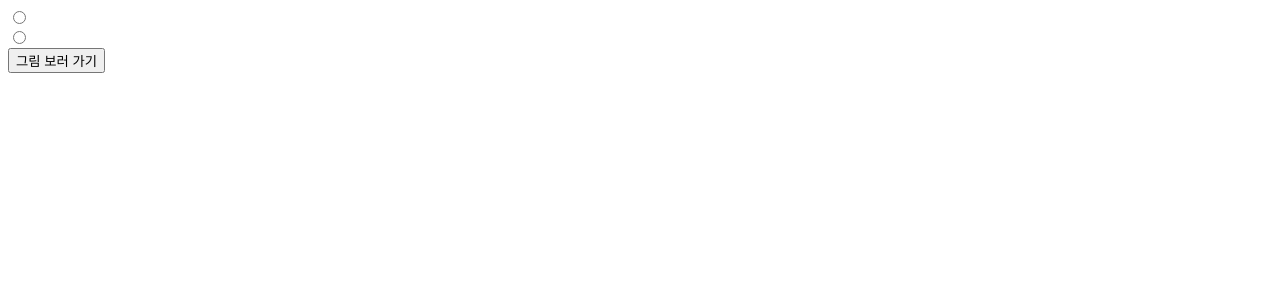
Repository: gowjd4419/jsp
Page: http://localhost/JSPBasic/jspobject/request/req_photo.jsp
The author's editor kept a copy of each file at every save. The page is drawn from the files as they stood at one save, then again after the next save.
The browser window is 1280 px wide. The pictures show the whole page.
The page is served by Tomcat 9.

Above is the page before, as saved 2022-03-25 12:05:11.

After the next save:
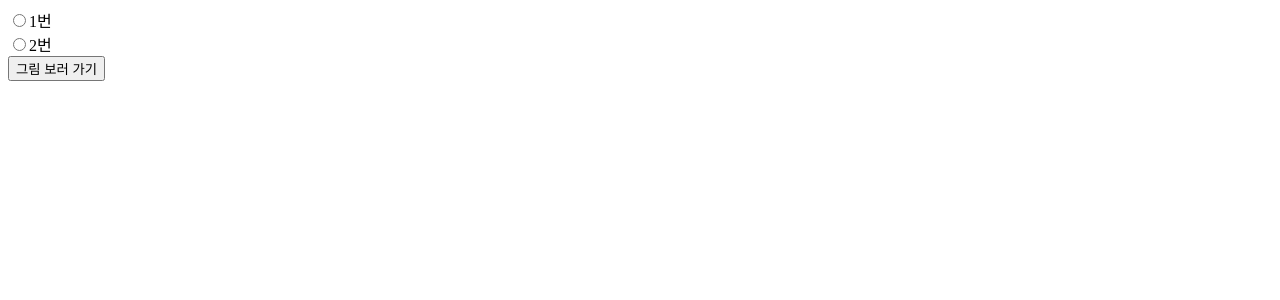
Saved 47 s later.
--- a/JSPBasic/src/main/webapp/jspobject/request/req_photo.jsp
+++ b/JSPBasic/src/main/webapp/jspobject/request/req_photo.jsp
@@ -9,7 +9,7 @@
 <body>
     <%--아래에 폼을 만들기
     목적지는 req_photo_result.jsp
-    테이블을 이용해 사진 제목, 체크박스를 만들고
+    테이블을 이용해 사진 제목, 라디오로 만들고
     아래에 제출 버튼은 "그림 보러 가기" 로 적고
     해당 버튼을 눌렀을때 req_photo_result에 어떤 그림을 선택했는지
     체크박스로 구분하고 구분한 그림에 맞는 사진이 결과페이지에 나오도록
@@ -20,8 +20,8 @@
          2. if~else문을 이용해서 1번을 골랐다면 1번 그림을 골랐습니다. 2번을 골랐다면 2번 그림을 골랐습니다 라고 나오게 한다.
          3. img태그를 이용해 글 대신 그림이 나오게 처리한다. -->
     <form action=http://localhost:8181/JSPBasic/jspobject/request/req_photo_result.jsp >
-    <input type = "radio" name="box"><br>
-    <input type = "radio" name="box"><br>
+    <input type = "radio" name="box">1번<br>
+    <input type = "radio" name="box">2번<br>
     <input type="submit" value="그림 보러 가기"><br>
     </form>
 </body>

After the 2 saves that followed:
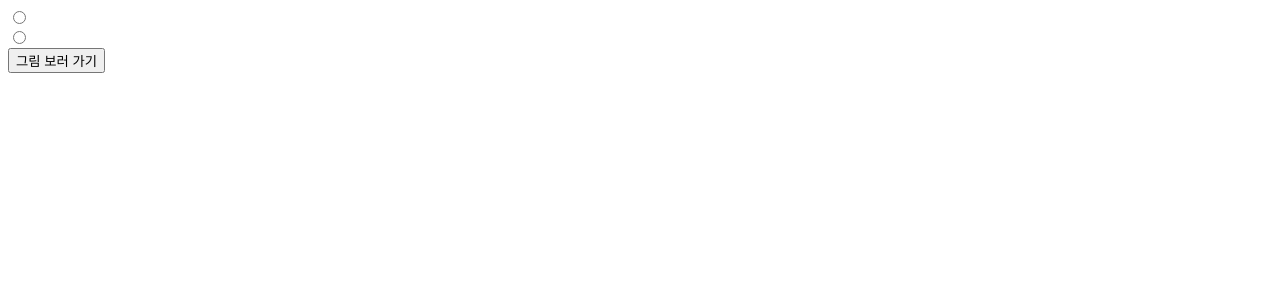
The 2 saves are shown as one change because 1 left the picture as it was.
The last was saved 79 s later.
--- a/JSPBasic/src/main/webapp/jspobject/request/req_photo.jsp
+++ b/JSPBasic/src/main/webapp/jspobject/request/req_photo.jsp
@@ -20,8 +20,8 @@
          2. if~else문을 이용해서 1번을 골랐다면 1번 그림을 골랐습니다. 2번을 골랐다면 2번 그림을 골랐습니다 라고 나오게 한다.
          3. img태그를 이용해 글 대신 그림이 나오게 처리한다. -->
     <form action=http://localhost:8181/JSPBasic/jspobject/request/req_photo_result.jsp >
-    <input type = "radio" name="box">1번<br>
-    <input type = "radio" name="box">2번<br>
+    <input type = "radio" name="box" value ="1번"><br>
+    <input type = "radio" name="box" value="2번"><br>
     <input type="submit" value="그림 보러 가기"><br>
     </form>
 </body>
